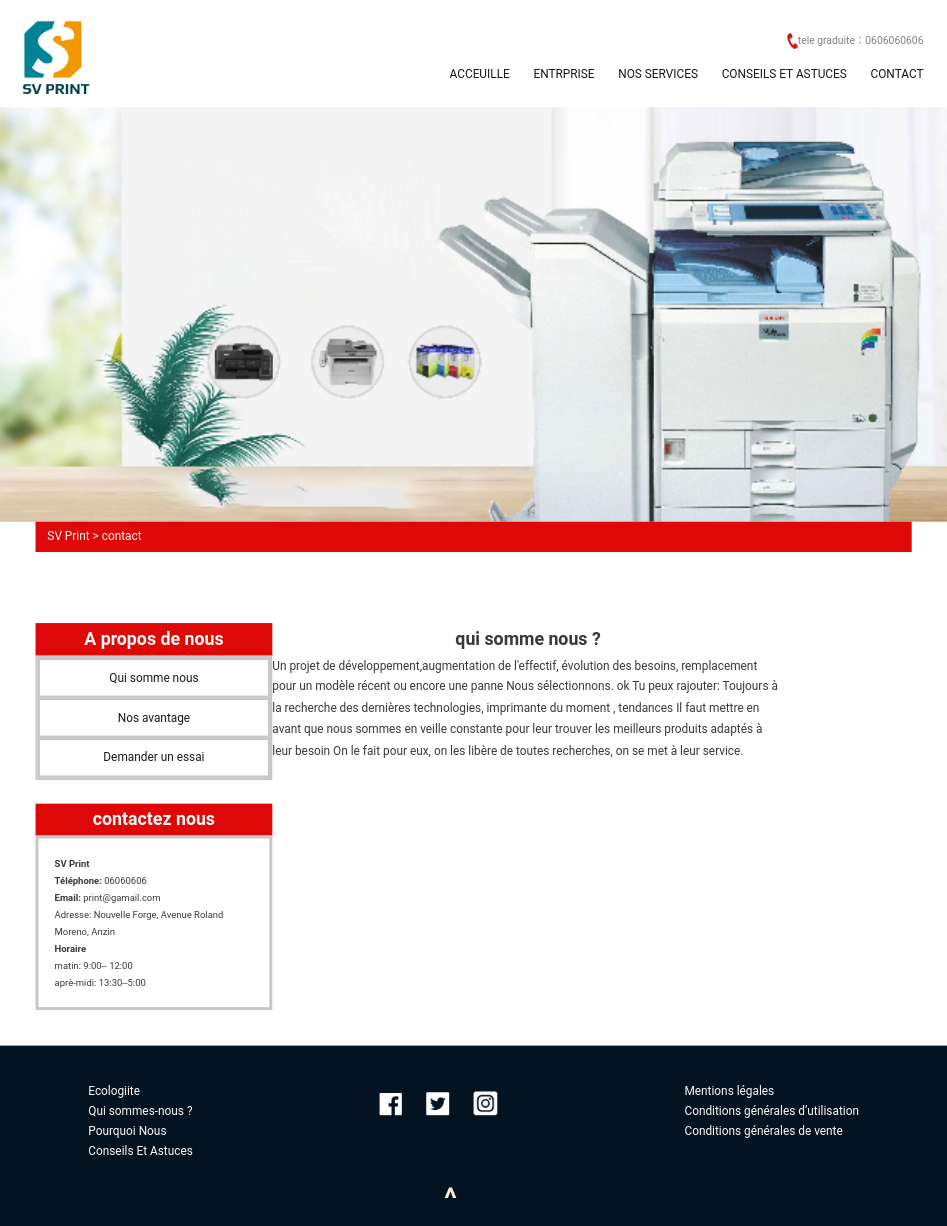
Repository: clairedupuich/sv_print
Page: index.html
An editor plug-in stored every save of this project. The page is shown before and after a run of saves, followed by the edit.
The browser window is 1280 px wide. The pictures show the whole page, at 74% of full size.

Above is the page before, as saved 2020-12-04 00:41:11.
Console error: TypeError: Cannot read properties of null (reading 'appendChild')

After the next 3 saves:
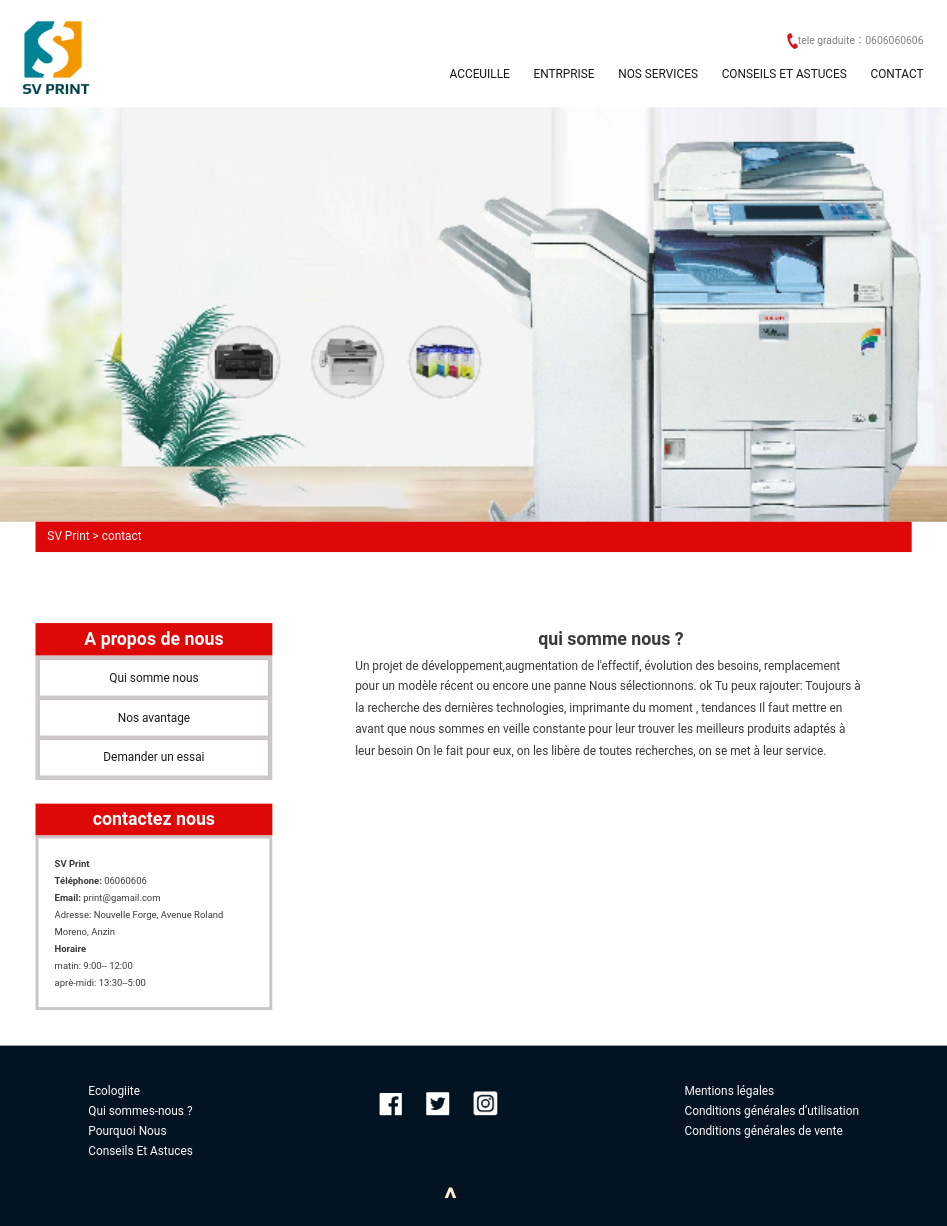
The 3 saves are shown as one change because they came seconds apart.
The last was saved 14 s later.
--- a/style.css
+++ b/style.css
@@ -260,5 +260,5 @@
 
 .presant {
     width: 80%;
-    margin-left: 7m;
-}
+    margin-left: 7em;
+}
